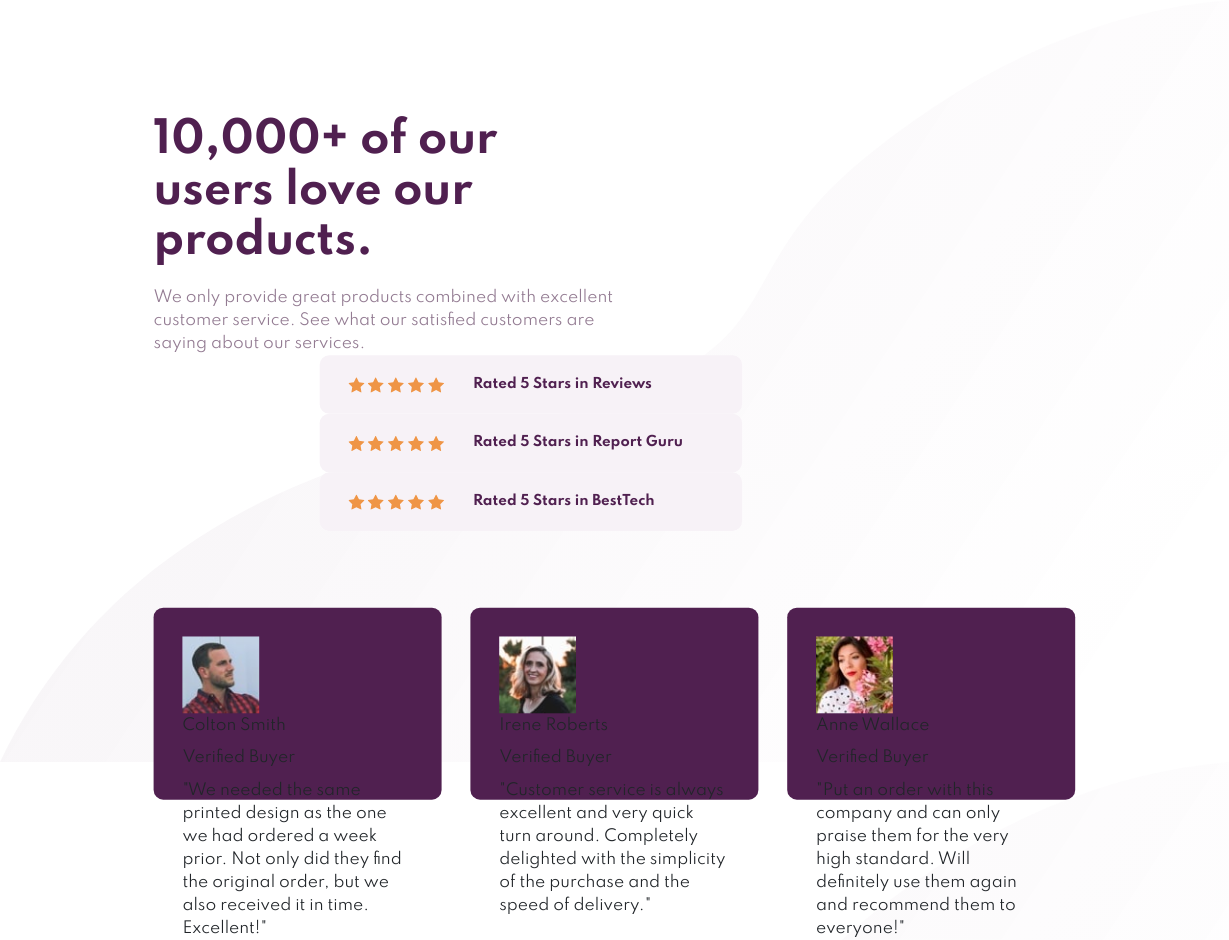
Repository: metehankasapp/social-proof-section-master
Page: index.html
These files come from the project's save history. The page is drawn as it stood at one moment and after a run of saves; the edit follows.
The browser window is 1280 px wide. The pictures show the whole page, at 96% of full size.
Some web libraries are served in a nearby version.

Above is the page before, as saved 2021-12-05 08:29:10.

After the next 2 saves:
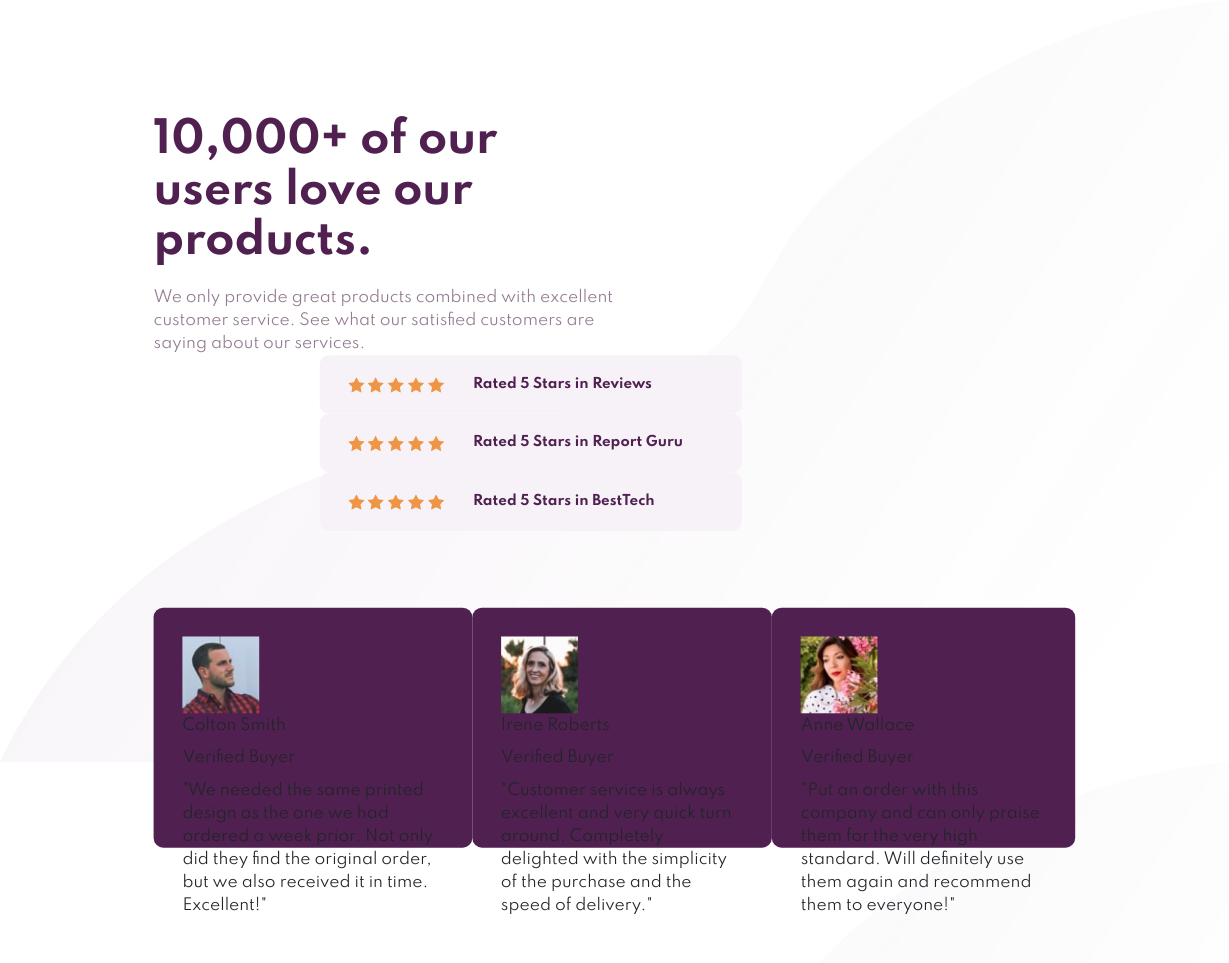
The 2 saves are shown as one change because they came seconds apart.
The last was saved 8 s later.
--- a/style.css
+++ b/style.css
@@ -73,6 +73,6 @@ body{
     background-color: hsl(300, 43%, 22%);
     border-radius: 10px;
     padding: 3rem;
-    max-width: 300px;
-    height: 200px;
+    max-width: 350px;
+    height: 250px;
 }
